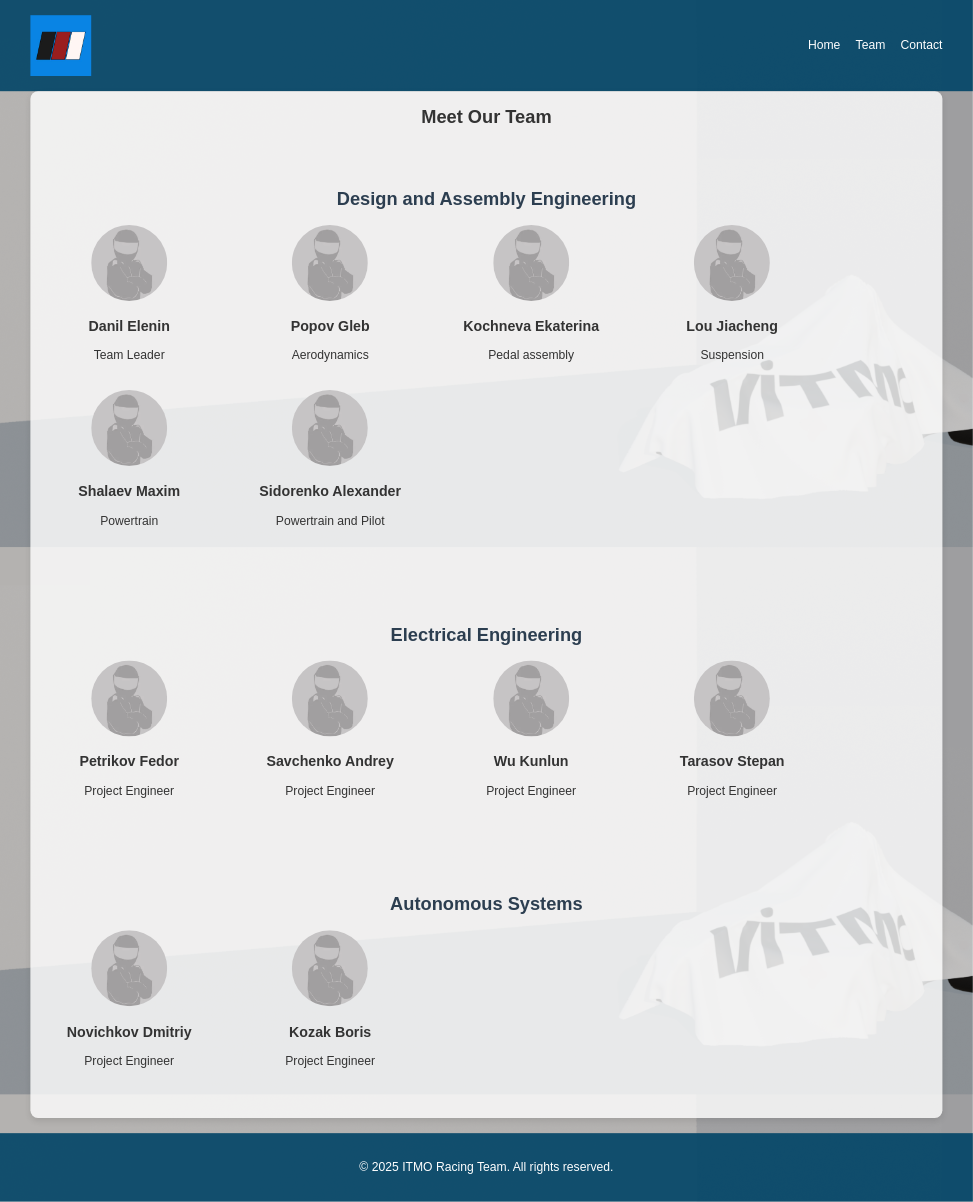
Repository: fs-itmo/fs-itmo.github.io
Page: team.html
An editor plug-in stored every save of this project. The page is shown before and after the next save, followed by the edit.
The browser window is 1280 px wide. The pictures show the whole page, at 76% of full size.
Backgrounds fixed to the window are drawn as part of the page.

Above is the page before, as saved 2024-12-30 16:07:50.

After the next save:
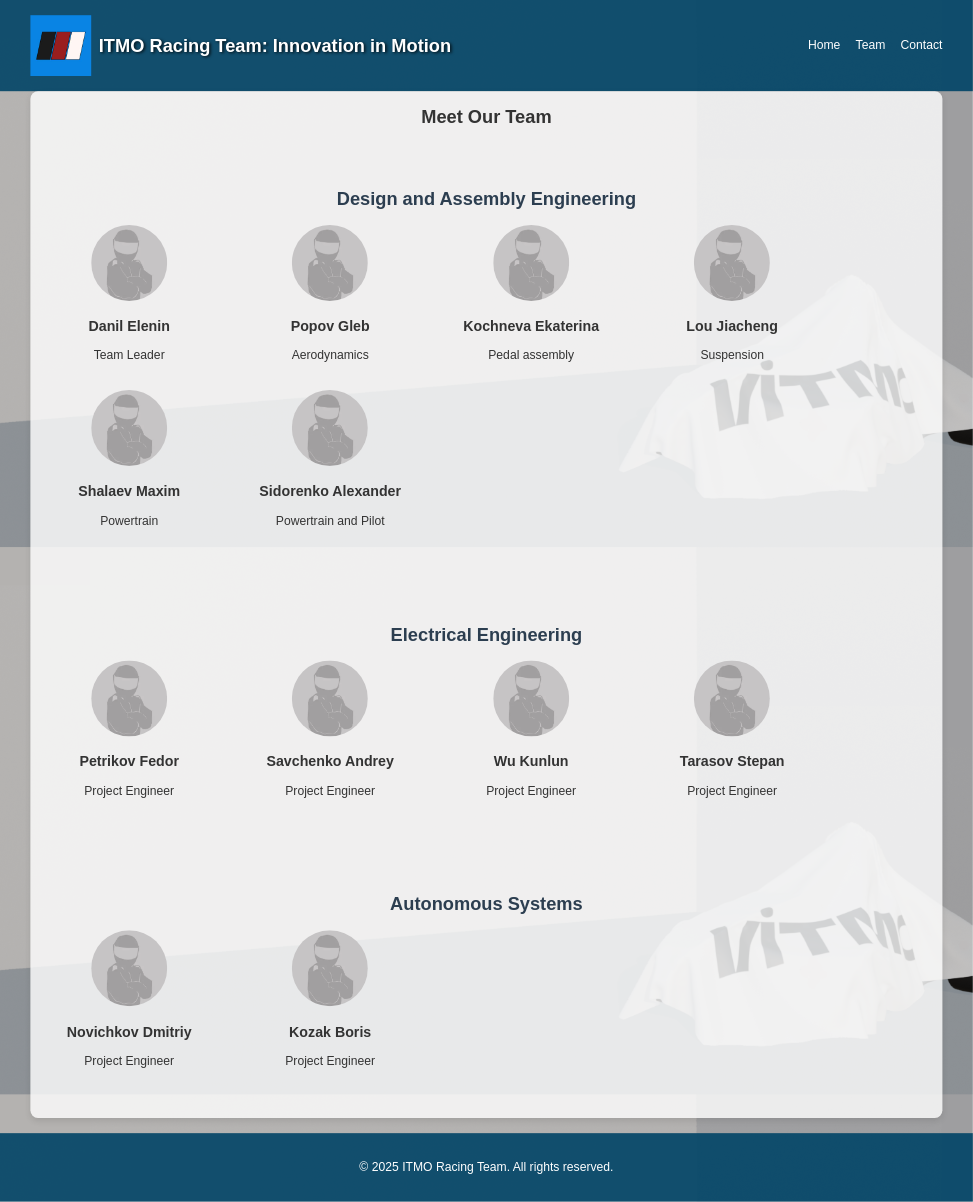
Saved 2 min 35 s later.
--- a/team.html
+++ b/team.html
@@ -9,7 +9,12 @@
 <body>
     <header>
         <div class="container">
-            <img src="assets/images/logo.png" alt="Logo" class="logo">
+            <div class="logo-caption-container">
+                <img src="assets/images/logo.png" alt="Logo" class="logo">
+                <div class="top-caption">
+                    ITMO Racing Team: Innovation in Motion
+                </div>
+            </div>
             <nav>
                 <ul>
                     <li><a href="index.html">Home</a></li>
